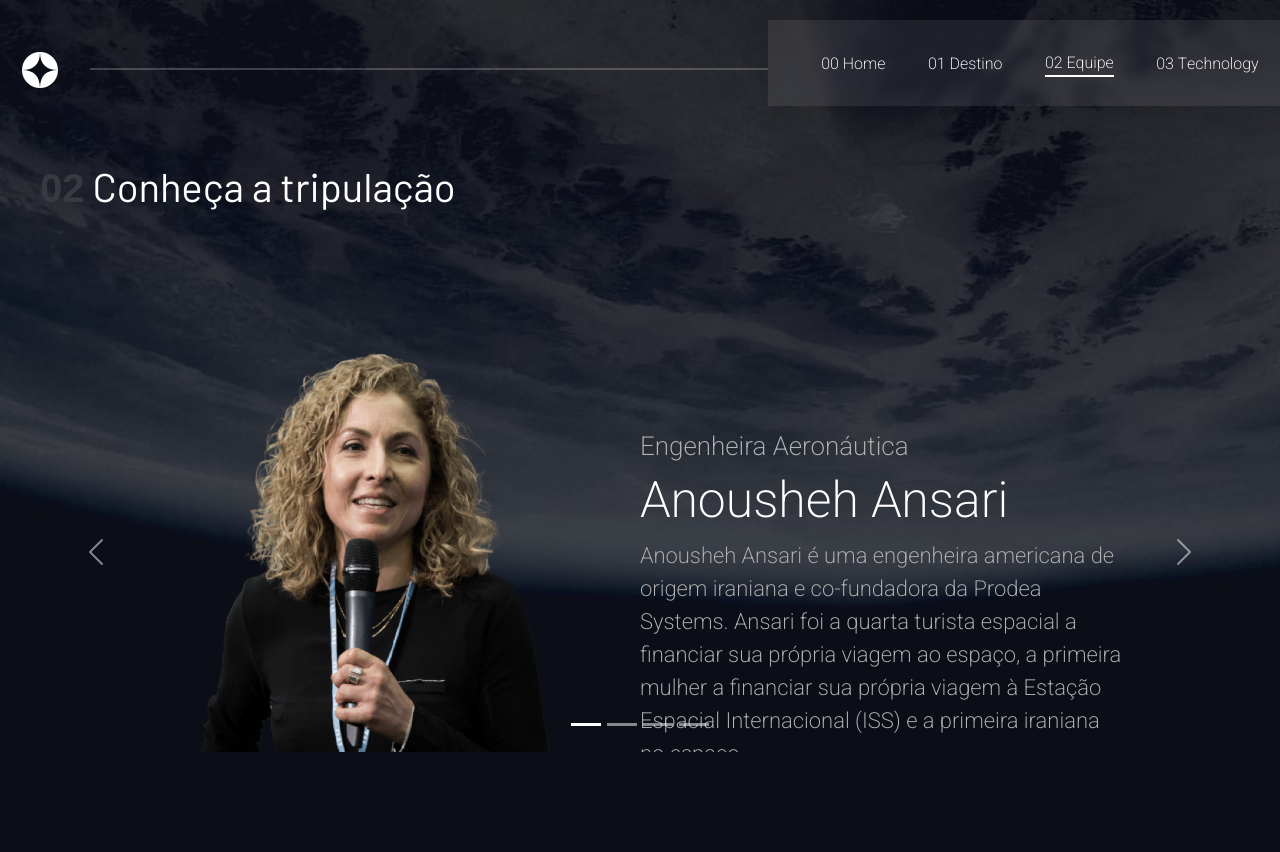
Repository: Leonngc/space-site
Page: crew-commander.html
An editor plug-in stored every save of this project. The page is shown before and after the next save, followed by the edit.
The browser window is 1280 px wide. The pictures show the whole page.

Above is the page before, as saved 2023-05-01 17:09:26.

### crew-commander.html
<!DOCTYPE html>
<html lang="pt-br">
<head>
  <meta charset="UTF-8">
  <meta name="viewport" content="width=device-width, initial-scale=1, minimum-scale=1">

  <link rel="icon" type="image/png" sizes="32x32" href="./assets/favicon-32x32.png">
  <link rel='stylesheet' href='https://cdn-uicons.flaticon.com/uicons-bold-rounded/css/uicons-bold-rounded.css'>
  <link rel="stylesheet" href="starter-code/styles/menu.css">
  <link rel="stylesheet" href="starter-code/styles/crew.css">

  <link href="https://cdn.jsdelivr.net/npm/bootstrap@5.3.0-alpha3/dist/css/bootstrap.min.css" rel="stylesheet" integrity="sha384-KK94CHFLLe+nY2dmCWGMq91rCGa5gtU4mk92HdvYe+M/SXH301p5ILy+dN9+nJOZ" crossorigin="anonymous">
  <script src="starter-code/script/menu.js" defer></script>
  <title>Frontend Mentor | Space tourism website</title>
</head>
<body>

  <header>
    <a href="index.html" target="_parent"><img src="starter-code/assets/shared/logo.svg" alt="" class="logo"></a>

    <div class="line"></div>
    <nav>
      <button class="menu-button"><i class="fi fi-br-menu-burger"></i></button>
      <ul class="menu">
      <li class="item-menu"><a href="index.html" target="_parent">00 Home</a></li>
      <li class="item-menu"><a href="destination-moon.html" target="_blank">01 Destino</a></li>
      <li class="item-menu page-active"><a href="#">02 Equipe</a></li>
      <li class="item-menu"><a href="#">03 Technology</a></li>
      </ul>
    </nav>
  </header>

  <h1><strong>02</strong> Conheça a tripulação</h1>

  <div id="carouselExampleIndicators" class="carousel slide" style="margin-top: 100px; margin-bottom: 100px;">
    <div class="carousel-indicators">
      <button type="button" data-bs-target="#carouselExampleIndicators" data-bs-slide-to="0" class="active" aria-current="true" aria-label="Slide 1"></button>
      <button type="button" data-bs-target="#carouselExampleIndicators" data-bs-slide-to="1" aria-label="Slide 2"></button>
      <button type="button" data-bs-target="#carouselExampleIndicators" data-bs-slide-to="2" aria-label="Slide 3"></button>
      <button type="button" data-bs-target="#carouselExampleIndicators" data-bs-slide-to="3" aria-label="Slide 4"></button>
    </div>
    <div class="carousel-inner">
      <div class="carousel-item active">
        <img src="starter-code/assets/crew/image-anousheh-ansari.png" class="d-flex w-5" alt="...">
        <div class="text-box">
          <h2>Engenheira Aeronáutica</h2>
          <h3>Anousheh Ansari</h3>

          <p>
            Anousheh Ansari é uma engenheira americana de origem iraniana e co-fundadora da Prodea Systems. Ansari foi a quarta turista espacial a financiar sua própria viagem ao espaço, a primeira mulher a financiar sua própria viagem à Estação Espacial Internacional (ISS) e a primeira iraniana no espaço.
          </p>
        </div>
      </div>
      <div class="carousel-item">
        <img src="starter-code/assets/crew/image-douglas-hurley.png" class="d-flex w-5" alt="...">

          <div class="text-box">
            <h2>Comandante</h2>
            <h3>Douglas Hurley</h3>
              <p>
                Douglas Gerald Hurley é um engenheiro, ex-piloto do Corpo de Fuzileiros Navais dos Estados Unidos e ex-astronauta da NASA. Ele foi lançado ao espaço pela terceira vez como comandante da missão Crew Dragon Demo-2.
              </p>
          </div>
      </div>
      <div class="carousel-item">
        <img src="starter-code/assets/crew/image-mark-shuttleworth.png" class="d-flex w-5" alt="...">
        <div class="text-box">
          <h2>Especialista em missões</h2>
          <h3>Mark Shuttleworth</h3>
          <p>
            Mark Richard Shuttleworth é o fundador e CEO da Canonical, a empresa por trás do sistema operacional baseado em Linux, o Ubuntu. Shuttleworth se tornou o primeiro sul-africano a viajar para o espaço como turista espacial.
          </p>
        </div>
      </div>
      <div class="carousel-item">
        <img src="starter-code/assets/crew/image-victor-glover.png" class="d-flex w-5" alt="...">
        <div class="text-box">
          <h2>Piloto</h2>
          <h3>Victor Glover</h3>
          <p>
            Piloto do primeiro voo operacional da nave SpaceX Crew Dragon para a Estação Espacial Internacional. Glover é comandante na Marinha dos Estados Unidos, onde pilota um F/A-18. Ele foi membro da tripulação da Expedição 64 e atuou como engenheiro de sistemas de voo da estação.
          </p>
        </div>
      </div>

    </div>
    <button class="carousel-control-prev" type="button" data-bs-target="#carouselExampleIndicators" data-bs-slide="prev">
      <span class="carousel-control-prev-icon" aria-hidden="true"></span>
      <span class="visually-hidden">Previous</span>
    </button>
    <button class="carousel-control-next" type="button" data-bs-target="#carouselExampleIndicators" data-bs-slide="next">
      <span class="carousel-control-next-icon" aria-hidden="true"></span>
      <span class="visually-hidden">Next</span>
    </button>
  </div>


</body>

<script src="https://cdn.jsdelivr.net/npm/@popperjs/core@2.11.7/dist/umd/popper.min.js" integrity="sha384-zYPOMqeu1DAVkHiLqWBUTcbYfZ8osu1Nd6Z89ify25QV9guujx43ITvfi12/QExE" crossorigin="anonymous"></script>
<script src="https://cdn.jsdelivr.net/npm/bootstrap@5.3.0-alpha3/dist/js/bootstrap.min.js" integrity="sha384-Y4oOpwW3duJdCWv5ly8SCFYWqFDsfob/3GkgExXKV4idmbt98QcxXYs9UoXAB7BZ" crossorigin="anonymous"></script>
</html>

### starter-code/styles/menu.css
@import url('https://fonts.googleapis.com/css2?family=Heebo:wght@200&display=swap');

*{
    padding: 0;
    margin: 0;
}


header{
    display: flex;
    justify-content: space-between;
}

.menu{
    display: none;
    margin-top: 20px;
    display: flex;
    width: 40vw ;
    height: 12vh;
    position: relative;
    list-style: none;
    overflow-x: hidden;
    background: rgba(255, 255, 255, 0.21);
    background: rgba(255, 255, 255, 0.08);
    box-shadow: 0 4px 30px rgba(0, 0, 0, 0.1);
    backdrop-filter: blur(5px);
    -webkit-backdrop-filter: blur(5px);
}

.item-menu{
    margin: auto;
}

.item-menu a{
    text-decoration: none;
    font-family: 'Heebo', sans-serif;
    color: white;
}


.line{
    background-color:  rgba(255, 255, 255, 0.21);
    height: 2px;
    width: 1110px;
    margin-top: 68px;
    margin-left: 30px;
}

.logo{
    margin-top: 50px;
    margin-left: 20px;
    width: 40px;
    height: 40px;
    padding: 2px;
}

.page-active{
    border-bottom: 2px solid white;
}

ul li > a:hover{
    font-size: 18px;
    transition: 2s;
}

.menu-button{
    display: none;
}



@media (max-width: 999px){
    .line{
        display: none;
    }
    body{
        overflow-x: hidden;
        max-width: 100vw;
    }


    .menu{
        position: absolute;
        right: 0;
        flex-direction: column;
        width: 80vw;
        height: 90vh;
        z-index: 10000;
        margin: 0;
        border-top-left-radius: 15px;
        border-bottom-left-radius: 15px;
        transform: translateX(100%);
        transition: transform 0.6s ease-in;
        background: rgba(0, 0, 0, 0.392);
        background: rgba(0, 0, 0, 0.545);
        box-shadow: 0 4px 30px rgba(0, 0, 0, 0.1);
        backdrop-filter: blur(5px);
        -webkit-backdrop-filter: blur(5px);
    }




    .menu li{
       color: white;
       font-size: 18px;
       font-weight: bold;
    }

    .menu-button{
        display: block;
        font-size: 40px;
        color: white;
        background: none;
        border: none;
        padding: 10px;
        margin-top: 40px;
    }

    ul.active{
        transform: translateX(0);
    }

}

### starter-code/styles/crew.css
@import url('https://fonts.googleapis.com/css2?family=Barlow&display=swap');
@import url('https://fonts.googleapis.com/css2?family=Heebo:wght@200&display=swap');
/*  font-family: 'Barlow', sans-serif;
    font-family: 'Heebo', sans-serif;
*/

:root{
    --title-font: 'Barlow';
    --paragraph-font: 'Heebo';
}




body{
    background-image: url(../assets/crew/background-crew-desktop.jpg);
    background-size: cover;
    background-repeat: no-repeat;
}



h1{
    font-family: var(--title-font);
    padding: 40px;
    font-weight: lighter;
    color: white !important;
}

strong{
    color: #393941;
    font-family: Arial, Helvetica, sans-serif;
}

.carousel-inner img{
    margin-left: 200px;
    width: 350px;
    height: 400px;
}

.text-box{
    position: absolute;
    top: 20%;
    left: 50%;
    color: white;
    width: 38vw;
    font-family: var(--paragraph-font);
}

.text-box > h2{
    font-size: 26px;
    color: #b4b3b3;
}

.text-box > h3{
    font-size: 50px;
}

.text-box > p{
    color: #b4b3b3;
    font-size: 22px;
}

### starter-code/script/menu.js
class MobileNavbar{
    constructor(mobileMenu, navList, navLink){
        this.mobileMenu = document.querySelector(mobileMenu);
        this.navList = document.querySelector(navList);
        this.navLink = document.querySelector(navLink);
        this.activeClass = "active";
        this.handleClick = this.handleClick.bind(this)

    }

    handleClick(){
        this.mobileMenu.classList.toggle(this.activeClass)
    }

    addClickEvent(){
        this.mobileMenu.addEventListener("click", this.handleClick);
    }

    init(){
        if(this.mobileMenu){
            this.addClickEvent();
        }
        return this;
    }
}

const mobileNavbar = new MobileNavbar(
    "nav",
    "ul",
    "ul li",
);

mobileNavbar.init()

After the next save:
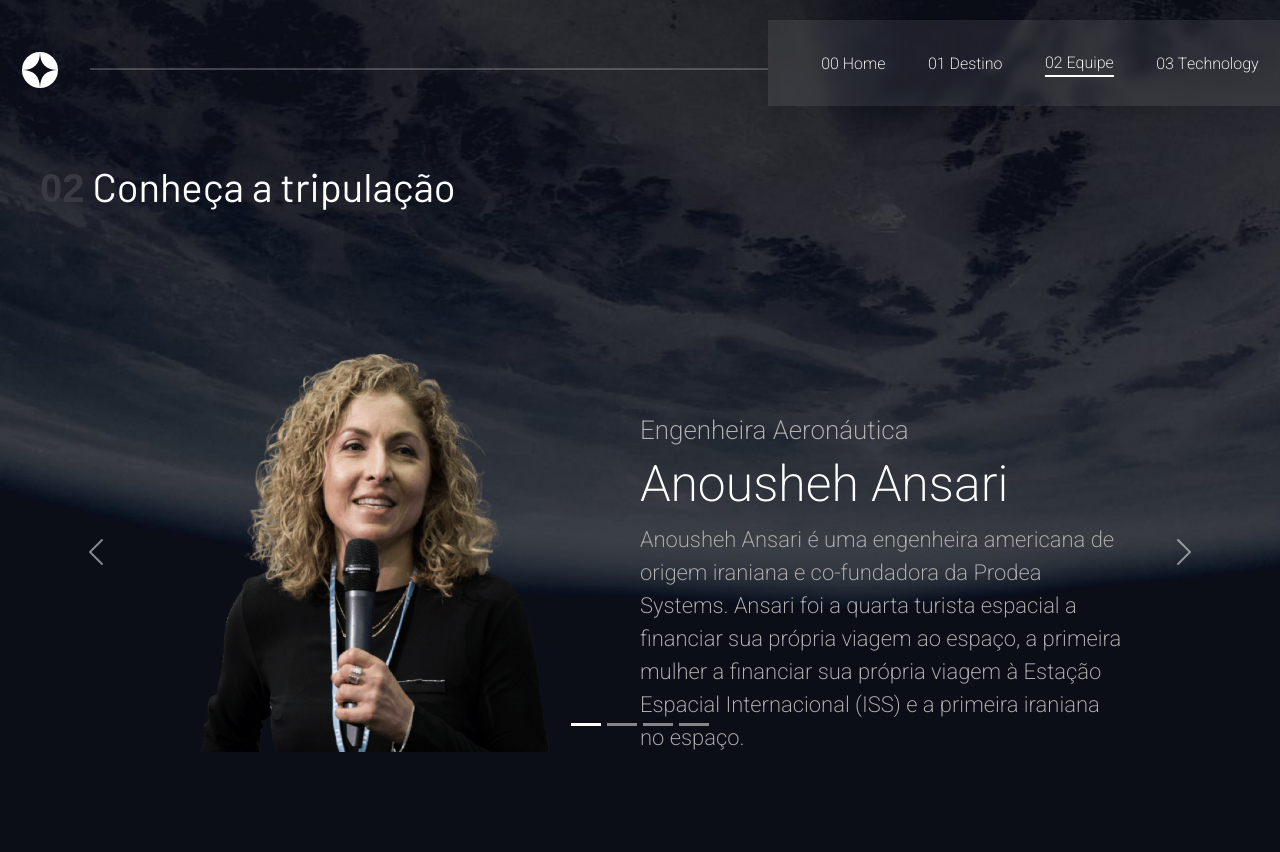
Saved 4 s later.
--- a/starter-code/styles/crew.css
+++ b/starter-code/styles/crew.css
@@ -40,7 +40,7 @@ strong{
 
 .text-box{
     position: absolute;
-    top: 20%;
+    top: 16%;
     left: 50%;
     color: white;
     width: 38vw;
